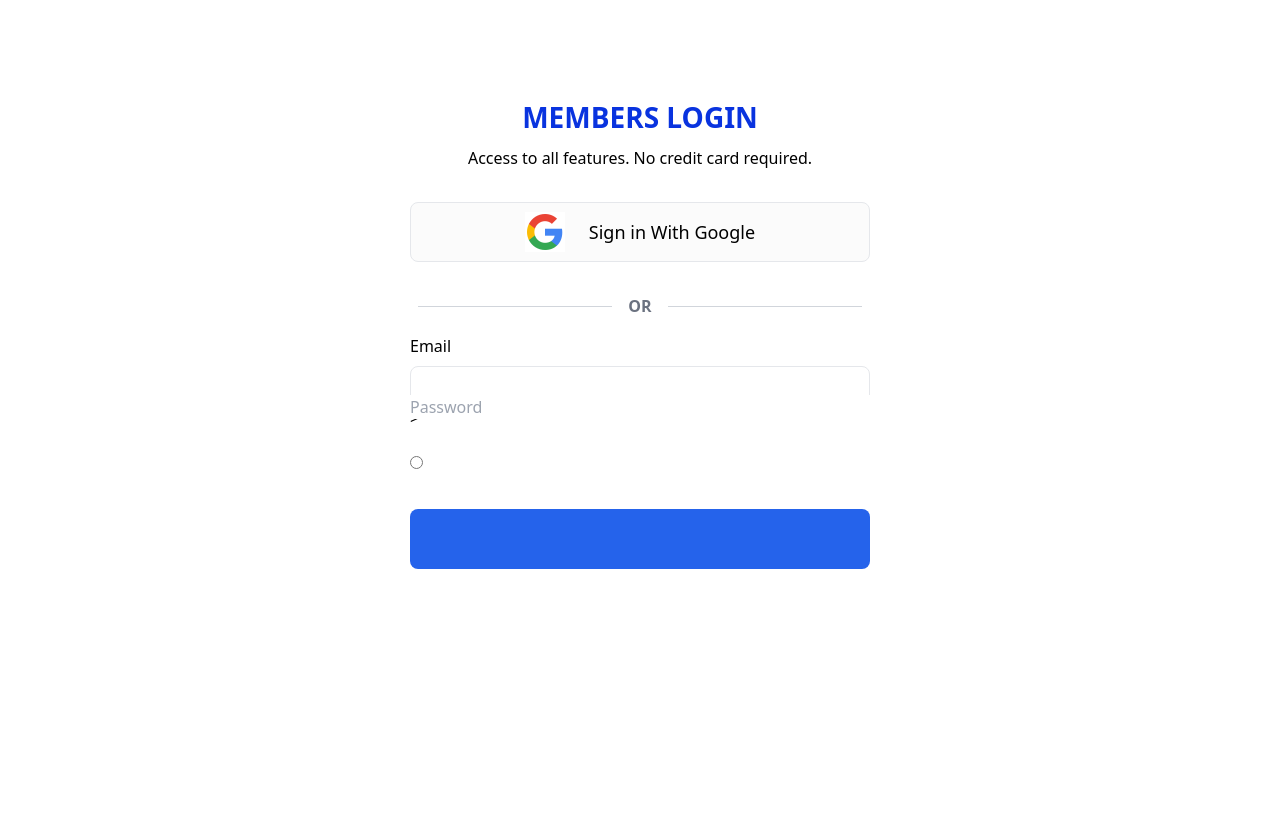
Repository: MaramMaryam/login
Page: login.html
These files come from the project's save history. The page is drawn as it stood at one moment and after the next save; the edit follows.
The browser window is 1280 px wide. The pictures show the whole page.
Some web libraries are served in a nearby version.

Above is the page before, as saved 2023-06-29 11:40:59.

### login.html
<!DOCTYPE html>
<html lang="en">
<head>
    <meta charset="UTF-8">
    <meta http-equiv="X-UA-Compatible" content="IE=edge">
    <meta name="viewport" content="width=device-width, initial-scale=1.0">
    <!-- <link href="https://cdn.jsdelivr.net/npm/tailwindcss@2.2.15/dist/tailwind.min.css" rel="stylesheet"> -->
    <script src="https://cdn.tailwindcss.com"></script>
    <title>Login</title>
</head>
<body>
    <section class="flex items-center flex-col min-h-screen mt-24 w-full max-w-[460px] text-left m-auto">
        <h2 class="text-[#0933DF] uppercase font-bold text-[28px]">
            <!-- Login Title -->
            MEMBERS LOGIN
        </h2>
        <p class="font-light mt-2">
            <!-- Login Description -->
            Access to all features. No credit card required.
        </p>
        <button class="w-full h-[60px] bg-[#FBFBFB] border border[#E3E3E3] rounded-lg flex items-center justify-center my-8">
            <!-- Google Icon (SVG or Image tag) -->
            <svg
                class="google-icon" xmlns="http://www.w3.org/2000/svg" xmlns:xlink="http://www.w3.org/1999/xlink"
                width="40" height="40" viewBox="0 0 40 40">
                <image id="g-logo" width="40" height="40"
                    xlink:href="data:[embedded picture, 2386 characters]">
                </image>
            </svg>
            <span class="text-lg font-light ml-6">
                <!-- Google Register Label -->
                Sign in With Google
            </span>
        </button>
        <div class="flex items-center w-full">
            <div class="flex-grow border-t border-gray-300 mx-2"></div>
            <span class="text-gray-500 mx-2 font-semibold">
                <!-- OR Text -->
                OR
            </span>
            <div class="flex-grow border-t border-gray-300 mx-2"></div>
        </div>
        <form class="w-full">
            <div class="h-[45px] my-4">
                <div class="flex flex-col">
                    <label class="mb-2">Email</label>
                    <div
                        class="flex bg-white items-center border border-alto-main rounded-[8px]"
                    >
                        <input
                            class="bg-transparent border-none w-full h-full p-2 outline-none"
                        />
                    </div>
                </div>
                >
                        <input
                            class="bg-transparent border-none w-full h-full p-2 outline-none"
                        />
            </div>
            <div class="h-[45px] my-4">
                <input type="password" class="w-full" placeholder="Password">
            </div>
            <div class="flex items-center justify-between my-2">
                <label class="flex items-center">
                    <input type="radio" class="mr-2">
                    <!-- Remember Me Label -->
                </label>
                <a href="/" class="text-blue-600">
                    <!-- Forget Password Label -->
                </a>
            </div>
            <button class="h-[60px] w-full bg-blue-600 hover:opacity-80 mt-8 text-white uppercase rounded-lg" disabled>
                <!-- Login Label -->
            </button>
            <p class="my-8 font-light text-center">
                <!-- Have Account Text -->
                <a href="/register/create" class="text-blue-600 font-normal">
                    <!-- Create Account Label -->
                </a>
            </p>
        </form>
    </section>
</body>
</html>

After the next save:
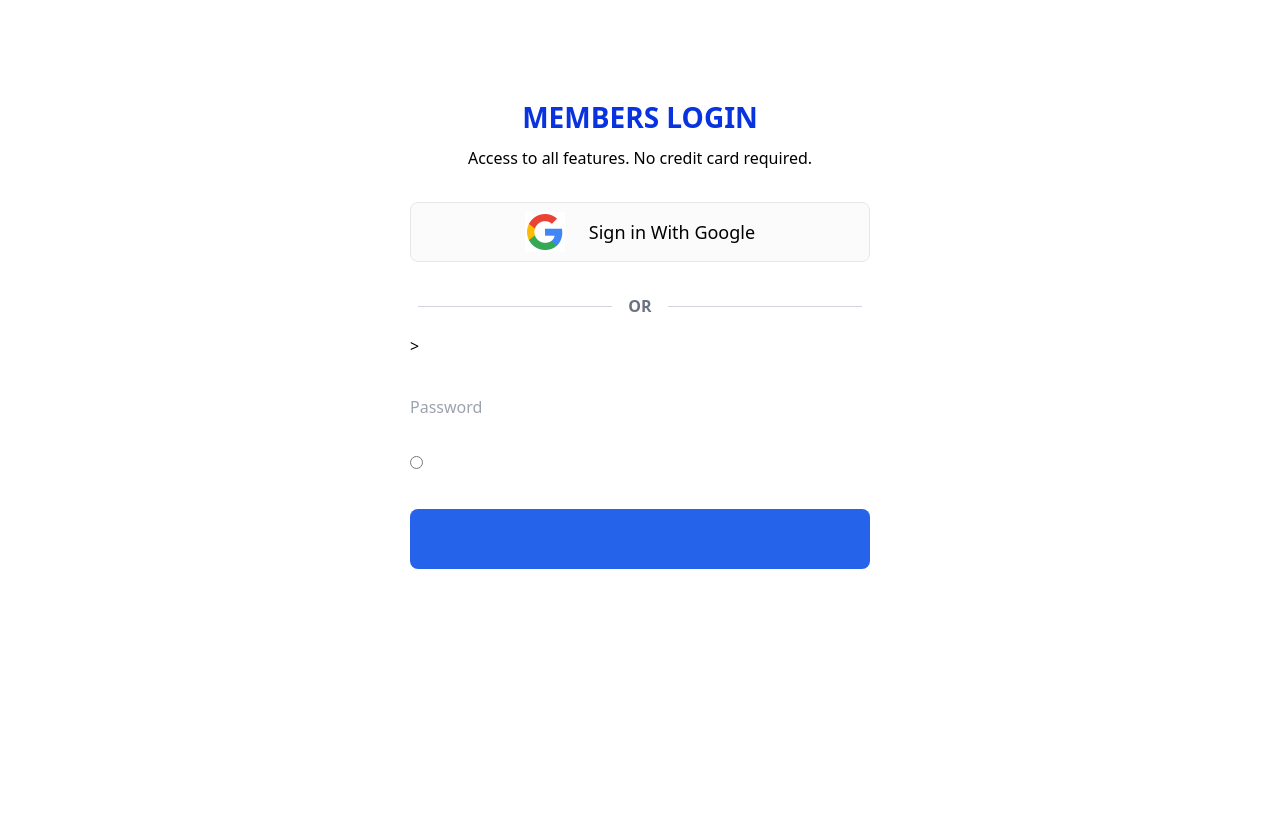
Saved 8 s later.
--- a/login.html
+++ b/login.html
@@ -42,16 +42,7 @@
         </div>
         <form class="w-full">
             <div class="h-[45px] my-4">
-                <div class="flex flex-col">
-                    <label class="mb-2">Email</label>
-                    <div
-                        class="flex bg-white items-center border border-alto-main rounded-[8px]"
-                    >
-                        <input
-                            class="bg-transparent border-none w-full h-full p-2 outline-none"
-                        />
-                    </div>
-                </div>
+
                 >
                         <input
                             class="bg-transparent border-none w-full h-full p-2 outline-none"
